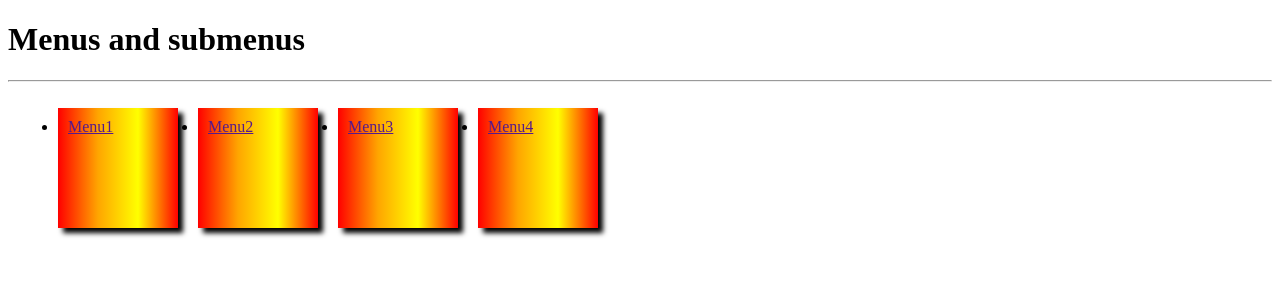
Repository: abhishekj720/HSBCLearn
Page: html/HtmlCssDemo/WebContent/demos/submenus.html
The author's editor kept a copy of each file at every save. The page is drawn from the files as they stood at one save, then again after the next save.
The browser window is 1280 px wide. The pictures show the whole page.

Above is the page before, as saved 2019-07-30 05:27:56.

After the next save:
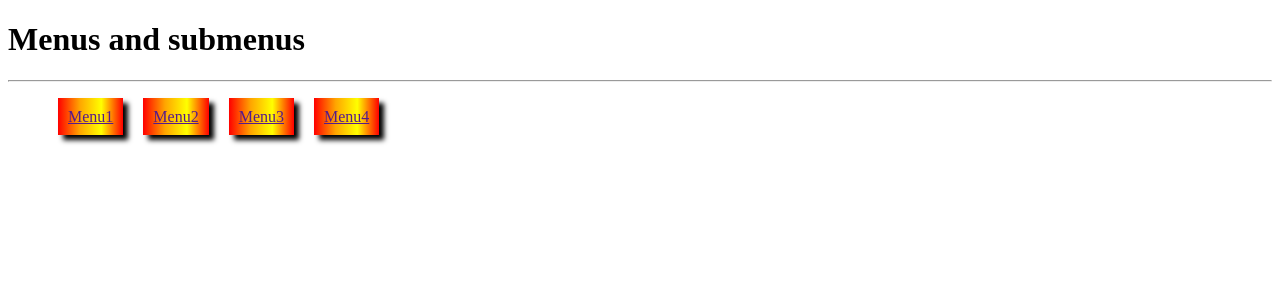
Saved 4 min 23 s later.
--- a/html/HtmlCssDemo/WebContent/demos/submenus.html
+++ b/html/HtmlCssDemo/WebContent/demos/submenus.html
@@ -6,29 +6,28 @@
 <style>
 #menu{
 	display:flex;
+	list-style:none;
 }
 .submenu{
 	display:none;
-	background-color:blue;
-	padding:10px;
+	margin-top:20px;
 	list-style:none;
 }
 .submenu li{
 background-color:blue;
 	padding:10px;
 	color:white;
-	border-bottom:2px;
+	border-bottom:2px solid gray;
 }
-#menu>li{
-margin:10px;
-}
-#menu>li{
-margin:10px;
-height:100px;
+#menu>li a{
 width:100px;
 padding:10px;
 background:-webkit-linear-gradient(left,red,orange,yellow,red);
 box-shadow:5px 5px 5px black;
+
+}
+#menu>li{
+margin:10px;
 }
 #menu>li:hover .submenu{
 display:block;
